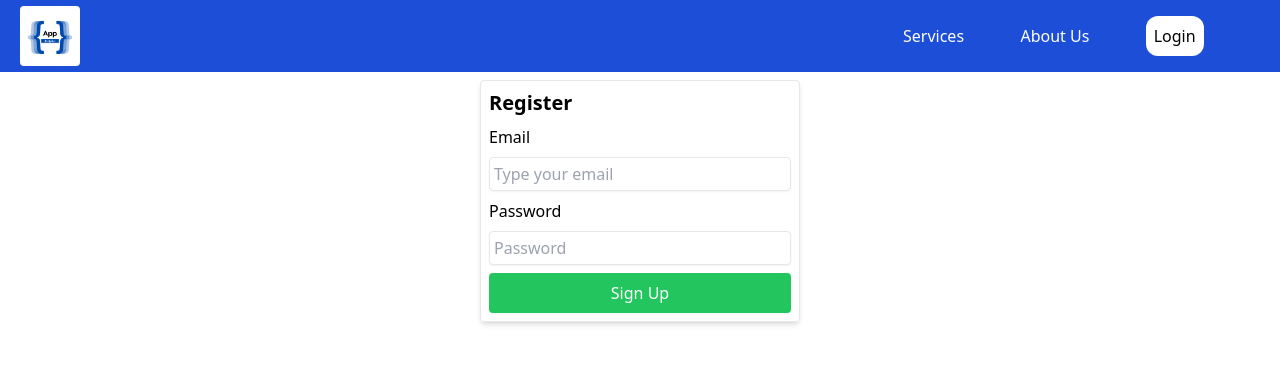
Repository: Cotizacionact/appscriptersvelte
Page: /Auth
These files come from the project's save history. The page is drawn as it stood at one moment and after the next save; the edit follows.
The browser window is 1280 px wide. The pictures show the whole page.
The page's requests for data from a server got no answer. The project was rebuilt for these pictures with package versions that can differ from the ones it lists, and the page was loaded fresh each time. The framework's server and built-in components were replaced by stand-ins that run in the browser. No one was signed in, and anything a server would have sent is missing. Also part of the build but not shown: svelte.config.js, vite.config.ts.

Above is the page before, as saved 2023-08-20 02:17:02.

After the next save:
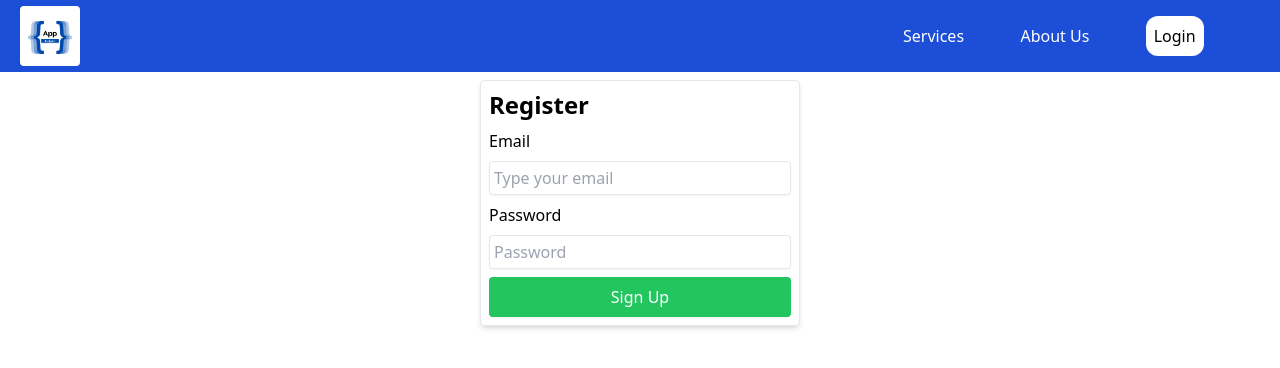
Saved 7 s later.
--- a/src/routes/Auth/register.svelte
+++ b/src/routes/Auth/register.svelte
@@ -4,7 +4,7 @@
 
 <main class="flex justify-center">
     <form action="?/register" method="POST" class="shadow-md flex flex-col md:w-1/4 border rounded my-2 p-2 space-y-2">
-        <h1 class="font-bold text-xl">Register</h1>
+        <h1 class="font-bold text-2xl">Register</h1>
         <label for="email">Email</label>
         <input class="shadow-sm rounded border p-1"  type="text" name="email" id="email" placeholder="Type your email"/>
         <label for="password">Password</label>
